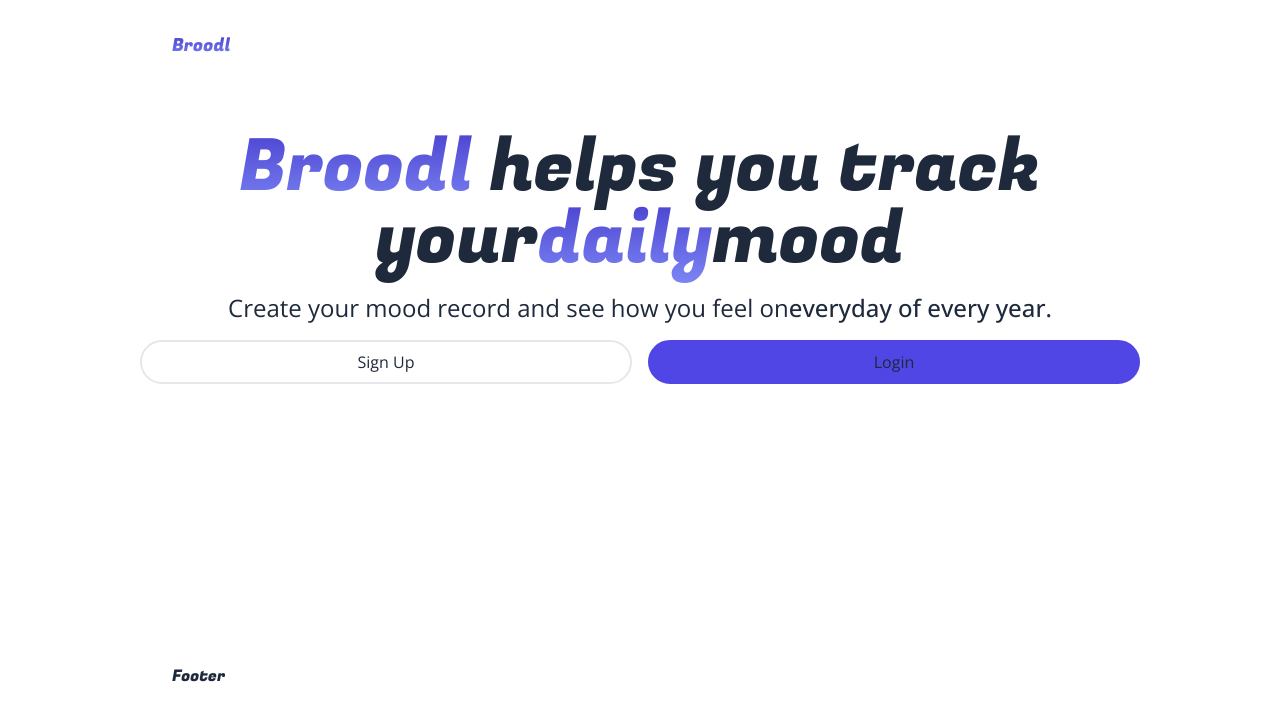
Repository: Nathan-spec/mood-app-next
Page: /
The author's editor kept a copy of each file at every save. The page is drawn from the files as they stood at one save, then again after the next save.
The browser window is 1280 px wide. The pictures show the whole page.
The project was rebuilt for these pictures with package versions that can differ from the ones it lists, and the page was loaded fresh each time. The framework's server and built-in components were replaced by stand-ins that run in the browser. Also part of the build but not shown: next.config.mjs.

Above is the page before, as saved 2024-10-14 10:53:37.

After the next save:
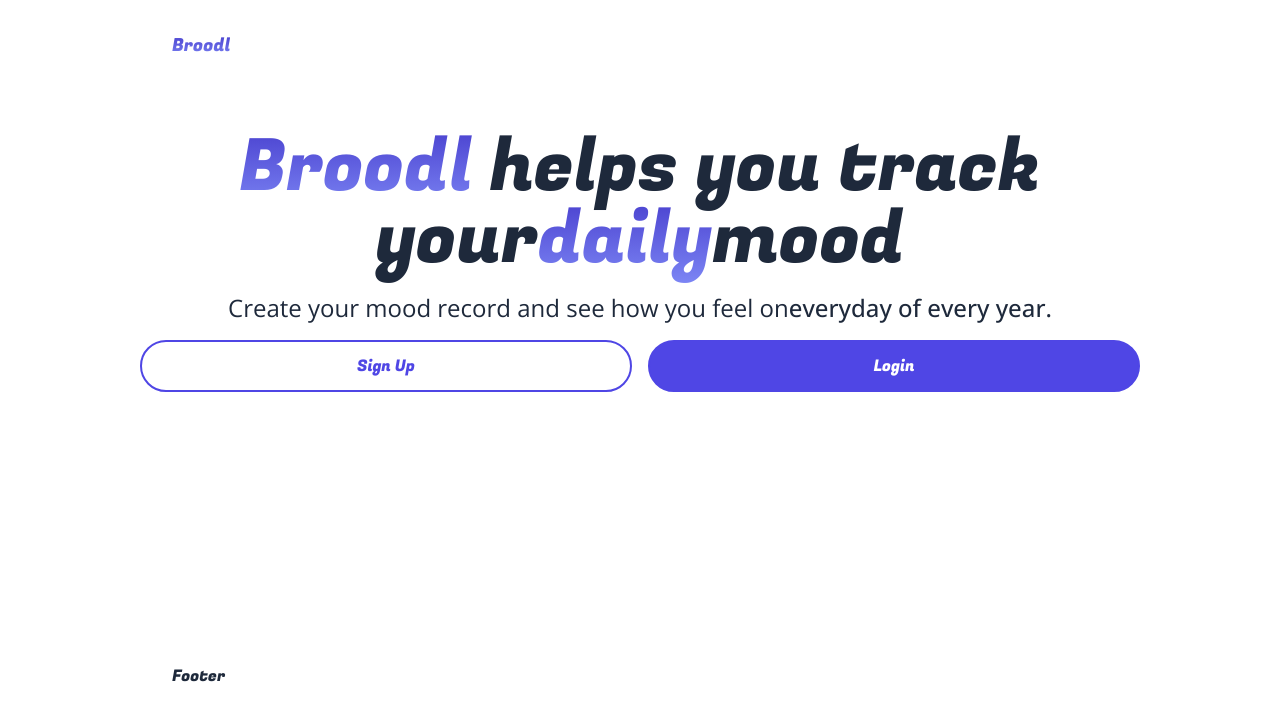
Saved 2 min 7 s later.
--- a/components/Button.js
+++ b/components/Button.js
@@ -1,13 +1,14 @@
-import { Fugaz_One } from 'next/font/google'
+import { Fugaz_One } from 'next/font/google';
 import React from 'react'
 
-const fugaz = Fugaz_One({subsets: ["latin"], weight: ['400'] });
+const fugaz = Fugaz_One({ subsets: ["latin"], weight: ['400'] });
+
 export default function Button(props) {
-    const { text, dark } = props
-  return (
-    <button className={'rounded-full overflow-hidden duration-200 hover:opacity-60 border-2 border-solid border-indigo-600' +
-        (dark ? 'text-white bg-indigo-600 border-indigo-600 ' : 'text-indigo-600' )}>
-        <p className={'px-6 sm:px-10 whitespace-nowrap py-2 sm:py-3' + fugaz.className}>{text}</p>
-    </button>
-  )
+    const { text, dark, full, clickHandler } = props
+
+    return (
+        <button onClick={clickHandler} className={'rounded-full overflow-hidden duration-200 hover:opacity-60 border-2 border-solid border-indigo-600 ' + (dark ? ' text-white bg-indigo-600 ' : ' text-indigo-600 ') + (full ? ' grid place-items-center w-full ' : ' ')}>
+            <p className={'px-6 sm:px-10 whitespace-nowrap py-2 sm:py-3 ' + fugaz.className}>{text}</p>
+        </button>
+    )
 }
